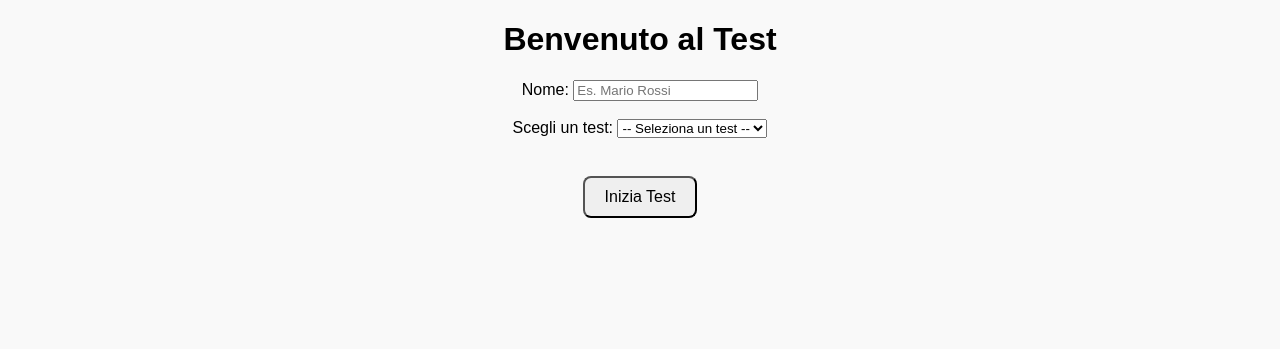
Repository: Probyte5D/Test-Task
Page: wwwroot/index.html
These files come from the project's save history. The page is drawn as it stood at one moment and after the next save; the edit follows.
The browser window is 1280 px wide. The pictures show the whole page.
The page's requests for data from a server got no answer.

Above is the page before, as saved 2025-10-22 20:30:24.

### wwwroot/index.html
<!DOCTYPE html>
<html lang="it">
<head>
<meta charset="UTF-8">
<title>Test System</title>
<style>
    body { font-family: Arial; margin: 20px; text-align: center; background: #f9f9f9; }
    .hidden { display: none; }
    .question-card { margin-bottom: 20px; padding: 20px; border-radius: 10px; box-shadow: 0 2px 8px rgba(0,0,0,0.2); display: inline-block; text-align: left; background: #fff; }
    .progress { width: 100%; background: #eee; height: 20px; margin-bottom: 20px; border-radius: 10px; }
    .progress-bar { width: 0; height: 100%; background: #4caf50; border-radius: 10px; transition: width 0.3s; }
    .answer-btn { display: block; width: 300px; margin: 10px auto; padding: 15px; font-size: 16px; border: none; border-radius: 8px; cursor: pointer; transition: transform 0.2s; }
    .answer-btn:hover { transform: scale(1.05); }
    .answer-btn.correct { background-color: #4caf50; color: white; }
    .answer-btn.wrong { background-color: #f44336; color: white; }
    button { margin-top: 20px; padding: 10px 20px; font-size: 16px; cursor: pointer; border-radius: 8px; }
</style>
</head>
<body>

<h1>Benvenuto al Test</h1>

<div id="home">
    <label>Nome: <input type="text" id="userName" placeholder="Es. Mario Rossi"></label><br><br>
    <label>Scegli un test:
        <select id="testSelect">
            <option value="">-- Seleziona un test --</option>
        </select>
    </label><br><br>
    <button onclick="startTest()">Inizia Test</button>
    <p id="homeError" style="color:red;"></p>
</div>

<div id="testView" class="hidden">
    <div class="progress"><div class="progress-bar" id="progressBar"></div></div>
    <div id="questionContainer"></div>
    <p id="testError" style="color:red;"></p>
</div>

<div id="resultView" class="hidden">
    <h2>Risultato finale</h2>
    <p id="resultText"></p>
    <button onclick="restartTest()">Ricomincia</button>
</div>

<script>
let tests = [];
let currentTest = null;
let currentQuestionIndex = 0;
let correctAnswers = 0;

async function loadTests() {
    const res = await fetch('http://localhost:5155/api/Test');
    tests = await res.json();
    const select = document.getElementById('testSelect');
    tests.forEach(t => {
        const opt = document.createElement('option');
        opt.value = t.id;
        opt.textContent = t.title;
        select.appendChild(opt);
    });
}

function startTest() {
    const name = document.getElementById('userName').value.trim();
    const testId = document.getElementById('testSelect').value;

    if (!name || !testId) {
        document.getElementById('homeError').textContent = "Inserisci il nome e scegli un test!";
        return;
    }

    document.getElementById('home').classList.add('hidden');
    currentTest = tests.find(t => t.id === testId);
    currentQuestionIndex = 0;
    correctAnswers = 0;
    showQuestion();
    document.getElementById('testView').classList.remove('hidden');
}

function showQuestion() {
    const q = currentTest.questions[currentQuestionIndex];
    const container = document.getElementById('questionContainer');
    container.innerHTML = `<div class="question-card"><p><strong>Domanda ${currentQuestionIndex + 1} di ${currentTest.questions.length}:</strong> ${q.text}</p></div>`;

    q.options.forEach((opt, i) => {
        const btn = document.createElement('button');
        btn.className = 'answer-btn';
        btn.textContent = opt.text;
        btn.onclick = () => selectAnswer(i);
        container.appendChild(btn);
    });

    updateProgress();
}

function updateProgress() {
    const percent = ((currentQuestionIndex) / currentTest.questions.length) * 100;
    document.getElementById('progressBar').style.width = percent + "%";
}

function selectAnswer(index) {
    const q = currentTest.questions[currentQuestionIndex];
    const buttons = document.querySelectorAll('.answer-btn');

    // Evidenzia la scelta corretta o sbagliata
    buttons.forEach((btn, i) => {
        if (i === index) {
            btn.classList.add(q.options[i].isCorrect ? 'correct' : 'wrong');
        }
        btn.disabled = true; // disabilita tutti i bottoni dopo la scelta
    });

    if (q.options[index].isCorrect) correctAnswers++;

    setTimeout(() => {
        currentQuestionIndex++;
        if (currentQuestionIndex >= currentTest.questions.length) {
            finishTest();
        } else {
            showQuestion();
        }
    }, 500);
}

async function finishTest() {
    document.getElementById('testView').classList.add('hidden');
    document.getElementById('resultView').classList.remove('hidden');
    document.getElementById('resultText').textContent =
        `Ciao ${document.getElementById('userName').value}, hai risposto correttamente a ${correctAnswers} su ${currentTest.questions.length} domande.`;

    // Salvataggio del risultato su MongoDB
    await fetch('http://localhost:5155/api/UserResult', {
        method: 'POST',
        headers: { 'Content-Type': 'application/json' },
        body: JSON.stringify({
            userName: document.getElementById('userName').value,
            testId: currentTest.id,
            correctAnswers: correctAnswers,
            totalQuestions: currentTest.questions.length
        })
    });
}

function restartTest() {
    document.getElementById('resultView').classList.add('hidden');
    document.getElementById('home').classList.remove('hidden');
    document.getElementById('userName').value = '';
    document.getElementById('testSelect').value = '';
}

// Carica i test all’avvio
loadTests();
</script>

</body>
</html>

After the next save:
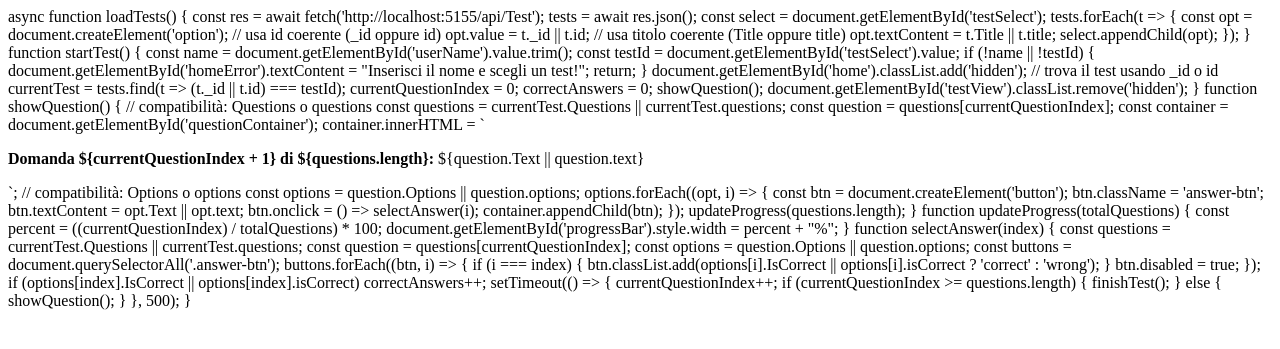
Saved 54 s later.
--- a/wwwroot/index.html
+++ b/wwwroot/index.html
@@ -1,62 +1,14 @@
-<!DOCTYPE html>
-<html lang="it">
-<head>
-<meta charset="UTF-8">
-<title>Test System</title>
-<style>
-    body { font-family: Arial; margin: 20px; text-align: center; background: #f9f9f9; }
-    .hidden { display: none; }
-    .question-card { margin-bottom: 20px; padding: 20px; border-radius: 10px; box-shadow: 0 2px 8px rgba(0,0,0,0.2); display: inline-block; text-align: left; background: #fff; }
-    .progress { width: 100%; background: #eee; height: 20px; margin-bottom: 20px; border-radius: 10px; }
-    .progress-bar { width: 0; height: 100%; background: #4caf50; border-radius: 10px; transition: width 0.3s; }
-    .answer-btn { display: block; width: 300px; margin: 10px auto; padding: 15px; font-size: 16px; border: none; border-radius: 8px; cursor: pointer; transition: transform 0.2s; }
-    .answer-btn:hover { transform: scale(1.05); }
-    .answer-btn.correct { background-color: #4caf50; color: white; }
-    .answer-btn.wrong { background-color: #f44336; color: white; }
-    button { margin-top: 20px; padding: 10px 20px; font-size: 16px; cursor: pointer; border-radius: 8px; }
-</style>
-</head>
-<body>
-
-<h1>Benvenuto al Test</h1>
-
-<div id="home">
-    <label>Nome: <input type="text" id="userName" placeholder="Es. Mario Rossi"></label><br><br>
-    <label>Scegli un test:
-        <select id="testSelect">
-            <option value="">-- Seleziona un test --</option>
-        </select>
-    </label><br><br>
-    <button onclick="startTest()">Inizia Test</button>
-    <p id="homeError" style="color:red;"></p>
-</div>
-
-<div id="testView" class="hidden">
-    <div class="progress"><div class="progress-bar" id="progressBar"></div></div>
-    <div id="questionContainer"></div>
-    <p id="testError" style="color:red;"></p>
-</div>
-
-<div id="resultView" class="hidden">
-    <h2>Risultato finale</h2>
-    <p id="resultText"></p>
-    <button onclick="restartTest()">Ricomincia</button>
-</div>
-
-<script>
-let tests = [];
-let currentTest = null;
-let currentQuestionIndex = 0;
-let correctAnswers = 0;
-
 async function loadTests() {
     const res = await fetch('http://localhost:5155/api/Test');
     tests = await res.json();
     const select = document.getElementById('testSelect');
+
     tests.forEach(t => {
         const opt = document.createElement('option');
-        opt.value = t.id;
-        opt.textContent = t.title;
+        // usa id coerente (_id oppure id)
+        opt.value = t._id || t.id;
+        // usa titolo coerente (Title oppure title)
+        opt.textContent = t.Title || t.title;
         select.appendChild(opt);
     });
 }
@@ -71,7 +23,8 @@
     }
 
     document.getElementById('home').classList.add('hidden');
-    currentTest = tests.find(t => t.id === testId);
+    // trova il test usando _id o id
+    currentTest = tests.find(t => (t._id || t.id) === testId);
     currentQuestionIndex = 0;
     correctAnswers = 0;
     showQuestion();
@@ -79,79 +32,53 @@
 }
 
 function showQuestion() {
-    const q = currentTest.questions[currentQuestionIndex];
+    // compatibilità: Questions o questions
+    const questions = currentTest.Questions || currentTest.questions;
+    const question = questions[currentQuestionIndex];
     const container = document.getElementById('questionContainer');
-    container.innerHTML = `<div class="question-card"><p><strong>Domanda ${currentQuestionIndex + 1} di ${currentTest.questions.length}:</strong> ${q.text}</p></div>`;
+    container.innerHTML = `<div class="question-card">
+        <p><strong>Domanda ${currentQuestionIndex + 1} di ${questions.length}:</strong> ${question.Text || question.text}</p>
+    </div>`;
 
-    q.options.forEach((opt, i) => {
+    // compatibilità: Options o options
+    const options = question.Options || question.options;
+    options.forEach((opt, i) => {
         const btn = document.createElement('button');
         btn.className = 'answer-btn';
-        btn.textContent = opt.text;
+        btn.textContent = opt.Text || opt.text;
         btn.onclick = () => selectAnswer(i);
         container.appendChild(btn);
     });
 
-    updateProgress();
+    updateProgress(questions.length);
 }
 
-function updateProgress() {
-    const percent = ((currentQuestionIndex) / currentTest.questions.length) * 100;
+function updateProgress(totalQuestions) {
+    const percent = ((currentQuestionIndex) / totalQuestions) * 100;
     document.getElementById('progressBar').style.width = percent + "%";
 }
 
 function selectAnswer(index) {
-    const q = currentTest.questions[currentQuestionIndex];
+    const questions = currentTest.Questions || currentTest.questions;
+    const question = questions[currentQuestionIndex];
+    const options = question.Options || question.options;
     const buttons = document.querySelectorAll('.answer-btn');
 
-    // Evidenzia la scelta corretta o sbagliata
     buttons.forEach((btn, i) => {
         if (i === index) {
-            btn.classList.add(q.options[i].isCorrect ? 'correct' : 'wrong');
+            btn.classList.add(options[i].IsCorrect || options[i].isCorrect ? 'correct' : 'wrong');
         }
-        btn.disabled = true; // disabilita tutti i bottoni dopo la scelta
+        btn.disabled = true;
     });
 
-    if (q.options[index].isCorrect) correctAnswers++;
+    if (options[index].IsCorrect || options[index].isCorrect) correctAnswers++;
 
     setTimeout(() => {
         currentQuestionIndex++;
-        if (currentQuestionIndex >= currentTest.questions.length) {
+        if (currentQuestionIndex >= questions.length) {
             finishTest();
         } else {
             showQuestion();
         }
     }, 500);
 }
-
-async function finishTest() {
-    document.getElementById('testView').classList.add('hidden');
-    document.getElementById('resultView').classList.remove('hidden');
-    document.getElementById('resultText').textContent =
-        `Ciao ${document.getElementById('userName').value}, hai risposto correttamente a ${correctAnswers} su ${currentTest.questions.length} domande.`;
-
-    // Salvataggio del risultato su MongoDB
-    await fetch('http://localhost:5155/api/UserResult', {
-        method: 'POST',
-        headers: { 'Content-Type': 'application/json' },
-        body: JSON.stringify({
-            userName: document.getElementById('userName').value,
-            testId: currentTest.id,
-            correctAnswers: correctAnswers,
-            totalQuestions: currentTest.questions.length
-        })
-    });
-}
-
-function restartTest() {
-    document.getElementById('resultView').classList.add('hidden');
-    document.getElementById('home').classList.remove('hidden');
-    document.getElementById('userName').value = '';
-    document.getElementById('testSelect').value = '';
-}
-
-// Carica i test all’avvio
-loadTests();
-</script>
-
-</body>
-</html>

After the save that followed:
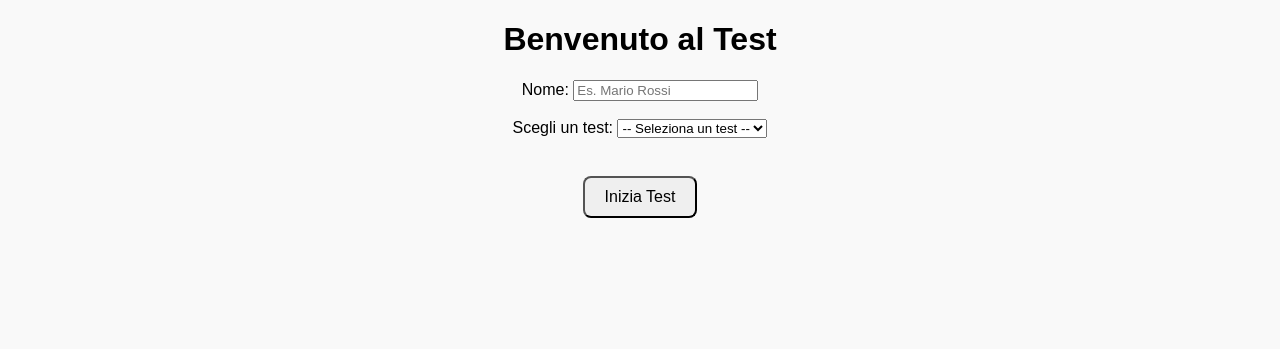
Saved 79 s later.
--- a/wwwroot/index.html
+++ b/wwwroot/index.html
@@ -1,14 +1,62 @@
+<!DOCTYPE html>
+<html lang="it">
+<head>
+<meta charset="UTF-8">
+<title>Test System</title>
+<style>
+    body { font-family: Arial; margin: 20px; text-align: center; background: #f9f9f9; }
+    .hidden { display: none; }
+    .question-card { margin-bottom: 20px; padding: 20px; border-radius: 10px; box-shadow: 0 2px 8px rgba(0,0,0,0.2); display: inline-block; text-align: left; background: #fff; }
+    .progress { width: 100%; background: #eee; height: 20px; margin-bottom: 20px; border-radius: 10px; }
+    .progress-bar { width: 0; height: 100%; background: #4caf50; border-radius: 10px; transition: width 0.3s; }
+    .answer-btn { display: block; width: 300px; margin: 10px auto; padding: 15px; font-size: 16px; border: none; border-radius: 8px; cursor: pointer; transition: transform 0.2s; }
+    .answer-btn:hover { transform: scale(1.05); }
+    .answer-btn.correct { background-color: #4caf50; color: white; }
+    .answer-btn.wrong { background-color: #f44336; color: white; }
+    button { margin-top: 20px; padding: 10px 20px; font-size: 16px; cursor: pointer; border-radius: 8px; }
+</style>
+</head>
+<body>
+
+<h1>Benvenuto al Test</h1>
+
+<div id="home">
+    <label>Nome: <input type="text" id="userName" placeholder="Es. Mario Rossi"></label><br><br>
+    <label>Scegli un test:
+        <select id="testSelect">
+            <option value="">-- Seleziona un test --</option>
+        </select>
+    </label><br><br>
+    <button onclick="startTest()">Inizia Test</button>
+    <p id="homeError" style="color:red;"></p>
+</div>
+
+<div id="testView" class="hidden">
+    <div class="progress"><div class="progress-bar" id="progressBar"></div></div>
+    <div id="questionContainer"></div>
+    <p id="testError" style="color:red;"></p>
+</div>
+
+<div id="resultView" class="hidden">
+    <h2>Risultato finale</h2>
+    <p id="resultText"></p>
+    <button onclick="restartTest()">Ricomincia</button>
+</div>
+
+<script>
+let tests = [];
+let currentTest = null;
+let currentQuestionIndex = 0;
+let correctAnswers = 0;
+
 async function loadTests() {
     const res = await fetch('http://localhost:5155/api/Test');
     tests = await res.json();
     const select = document.getElementById('testSelect');
-
     tests.forEach(t => {
         const opt = document.createElement('option');
-        // usa id coerente (_id oppure id)
-        opt.value = t._id || t.id;
-        // usa titolo coerente (Title oppure title)
-        opt.textContent = t.Title || t.title;
+        opt.value = t.id;
+        opt.textContent = t.title;
         select.appendChild(opt);
     });
 }
@@ -23,8 +71,7 @@
     }
 
     document.getElementById('home').classList.add('hidden');
-    // trova il test usando _id o id
-    currentTest = tests.find(t => (t._id || t.id) === testId);
+    currentTest = tests.find(t => t.id === testId);
     currentQuestionIndex = 0;
     correctAnswers = 0;
     showQuestion();
@@ -32,53 +79,79 @@
 }
 
 function showQuestion() {
-    // compatibilità: Questions o questions
-    const questions = currentTest.Questions || currentTest.questions;
-    const question = questions[currentQuestionIndex];
+    const q = currentTest.questions[currentQuestionIndex];
     const container = document.getElementById('questionContainer');
-    container.innerHTML = `<div class="question-card">
-        <p><strong>Domanda ${currentQuestionIndex + 1} di ${questions.length}:</strong> ${question.Text || question.text}</p>
-    </div>`;
+    container.innerHTML = `<div class="question-card"><p><strong>Domanda ${currentQuestionIndex + 1} di ${currentTest.questions.length}:</strong> ${q.text}</p></div>`;
 
-    // compatibilità: Options o options
-    const options = question.Options || question.options;
-    options.forEach((opt, i) => {
+    q.options.forEach((opt, i) => {
         const btn = document.createElement('button');
         btn.className = 'answer-btn';
-        btn.textContent = opt.Text || opt.text;
+        btn.textContent = opt.text;
         btn.onclick = () => selectAnswer(i);
         container.appendChild(btn);
     });
 
-    updateProgress(questions.length);
+    updateProgress();
 }
 
-function updateProgress(totalQuestions) {
-    const percent = ((currentQuestionIndex) / totalQuestions) * 100;
+function updateProgress() {
+    const percent = ((currentQuestionIndex) / currentTest.questions.length) * 100;
     document.getElementById('progressBar').style.width = percent + "%";
 }
 
 function selectAnswer(index) {
-    const questions = currentTest.Questions || currentTest.questions;
-    const question = questions[currentQuestionIndex];
-    const options = question.Options || question.options;
+    const q = currentTest.questions[currentQuestionIndex];
     const buttons = document.querySelectorAll('.answer-btn');
 
+    // Evidenzia la scelta corretta o sbagliata
     buttons.forEach((btn, i) => {
         if (i === index) {
-            btn.classList.add(options[i].IsCorrect || options[i].isCorrect ? 'correct' : 'wrong');
+            btn.classList.add(q.options[i].isCorrect ? 'correct' : 'wrong');
         }
-        btn.disabled = true;
+        btn.disabled = true; // disabilita tutti i bottoni dopo la scelta
     });
 
-    if (options[index].IsCorrect || options[index].isCorrect) correctAnswers++;
+    if (q.options[index].isCorrect) correctAnswers++;
 
     setTimeout(() => {
         currentQuestionIndex++;
-        if (currentQuestionIndex >= questions.length) {
+        if (currentQuestionIndex >= currentTest.questions.length) {
             finishTest();
         } else {
             showQuestion();
         }
     }, 500);
 }
+
+async function finishTest() {
+    document.getElementById('testView').classList.add('hidden');
+    document.getElementById('resultView').classList.remove('hidden');
+    document.getElementById('resultText').textContent =
+        `Ciao ${document.getElementById('userName').value}, hai risposto correttamente a ${correctAnswers} su ${currentTest.questions.length} domande.`;
+
+    // Salvataggio del risultato su MongoDB
+    await fetch('http://localhost:5155/api/UserResult', {
+        method: 'POST',
+        headers: { 'Content-Type': 'application/json' },
+        body: JSON.stringify({
+            userName: document.getElementById('userName').value,
+            testId: currentTest.id,
+            correctAnswers: correctAnswers,
+            totalQuestions: currentTest.questions.length
+        })
+    });
+}
+
+function restartTest() {
+    document.getElementById('resultView').classList.add('hidden');
+    document.getElementById('home').classList.remove('hidden');
+    document.getElementById('userName').value = '';
+    document.getElementById('testSelect').value = '';
+}
+
+// Carica i test all’avvio
+loadTests();
+</script>
+
+</body>
+</html>
